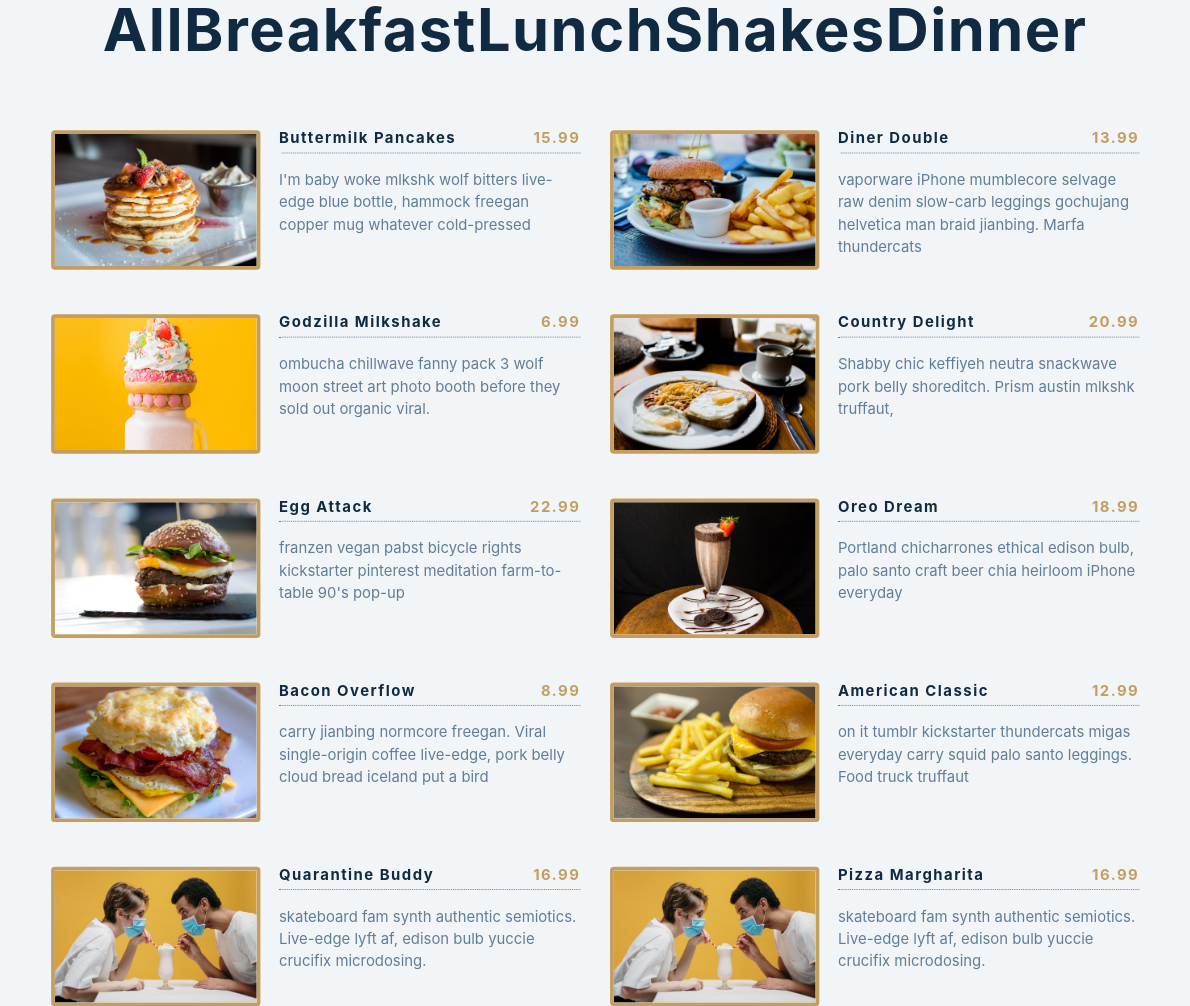
Repository: gligor99/menu-ts-react
Page: /
The author's editor kept a copy of each file at every save. The page is drawn from the files as they stood at one save, then again after the next save.
The browser window is 1280 px wide. The pictures show the whole page, at 93% of full size.
The project was rebuilt for these pictures with package versions that can differ from the ones it lists, and the page was loaded fresh each time.

Above is the page before, as saved 2021-11-24 23:38:56.

### src/App.tsx
import { useState } from "react";
import Categories from "./components/Categories";
import Menu from "./components/Menu";
import items from "./data";

const uniques = Array.from(new Set(items.map((item) => item.category))) ;
const allCategories = ['all', ...uniques]


export type ItemsProps = {
  id: number;
  title: string;
  category: string;
  price: number;
  img: string;
  desc: string;
};

function App() {
  const [menuItems, setMenuItems] = useState<ItemsProps[]>(items);
  const [categories, setCategories] = useState(allCategories)
  console.log(categories);

  return (
    <div className="App">
      <Categories categories={categories} />
      <Menu items={menuItems} />
    </div>
  );
}

export default App;

### src/components/Categories.tsx
type Props = {
  categories: string[];
};

const Categories: React.FC<Props> = ({ categories }) => {
  return (
    <div className="btn-container">
      {categories.map((item, index) => {
          return <h1 key={index}>{item}</h1>
      })}
    </div>
  );
};

export default Categories;

### src/components/Menu.tsx
import { ItemsProps } from "../App";
import '../index.css'

type Props = {
  items: ItemsProps[];
};

const Menu: React.FC<Props> = ({ items }) => {
  console.log(items);

  return (
    <div className="section-center">
      {items.map((item) => {
        return (
          <article className="menu-item" key={item.id}>
            <img src={item.img} alt={item.title} className="photo" />
            <div className="item-info">
                <header>
                    <h4 className="title">{item.title}</h4>
                    <h4 className="price">{item.price}</h4>
                </header>
                <p className="item-text">{item.desc}</p>
            </div>
          </article>
        );
      })}
    </div>
  );
};

export default Menu;

### src/data.ts
const menu = [
    {
      id: 1,
      title: 'buttermilk pancakes',
      category: 'breakfast',
      price: 15.99,
      img: './images/item-1.jpeg',
      desc: `I'm baby woke mlkshk wolf bitters live-edge blue bottle, hammock freegan copper mug whatever cold-pressed `,
    },
    {
      id: 2,
      title: 'diner double',
      category: 'lunch',
      price: 13.99,
      img: './images/item-2.jpeg',
      desc: `vaporware iPhone mumblecore selvage raw denim slow-carb leggings gochujang helvetica man braid jianbing. Marfa thundercats `,
    },
    {
      id: 3,
      title: 'godzilla milkshake',
      category: 'shakes',
      price: 6.99,
      img: './images/item-3.jpeg',
      desc: `ombucha chillwave fanny pack 3 wolf moon street art photo booth before they sold out organic viral.`,
    },
    {
      id: 4,
      title: 'country delight',
      category: 'breakfast',
      price: 20.99,
      img: './images/item-4.jpeg',
      desc: `Shabby chic keffiyeh neutra snackwave pork belly shoreditch. Prism austin mlkshk truffaut, `,
    },
    {
      id: 5,
      title: 'egg attack',
      category: 'lunch',
      price: 22.99,
      img: './images/item-5.jpeg',
      desc: `franzen vegan pabst bicycle rights kickstarter pinterest meditation farm-to-table 90's pop-up `,
    },
    {
      id: 6,
      title: 'oreo dream',
      category: 'shakes',
      price: 18.99,
      img: './images/item-6.jpeg',
      desc: `Portland chicharrones ethical edison bulb, palo santo craft beer chia heirloom iPhone everyday`,
    },
    {
      id: 7,
      title: 'bacon overflow',
      category: 'breakfast',
      price: 8.99,
      img: './images/item-7.jpeg',
      desc: `carry jianbing normcore freegan. Viral single-origin coffee live-edge, pork belly cloud bread iceland put a bird `,
    },
    {
      id: 8,
      title: 'american classic',
      category: 'lunch',
      price: 12.99,
      img: './images/item-8.jpeg',
      desc: `on it tumblr kickstarter thundercats migas everyday carry squid palo santo leggings. Food truck truffaut  `,
    },
    {
      id: 9,
      title: 'quarantine buddy',
      category: 'shakes',
      price: 16.99,
      img: './images/item-9.jpeg',
      desc: `skateboard fam synth authentic semiotics. Live-edge lyft af, edison bulb yuccie crucifix microdosing.`,
    },
    {
      id: 10,
      title: 'pizza margharita',
      category: 'dinner',
      price: 16.99,
      img: './images/item-9.jpeg',
      desc: `skateboard fam synth authentic semiotics. Live-edge lyft af, edison bulb yuccie crucifix microdosing.`,
    },


  ];
  export default menu;

Loaded but not shown: public/index.html (common file); src/index.tsx (common file); src/index.css (common file)

After the next save:
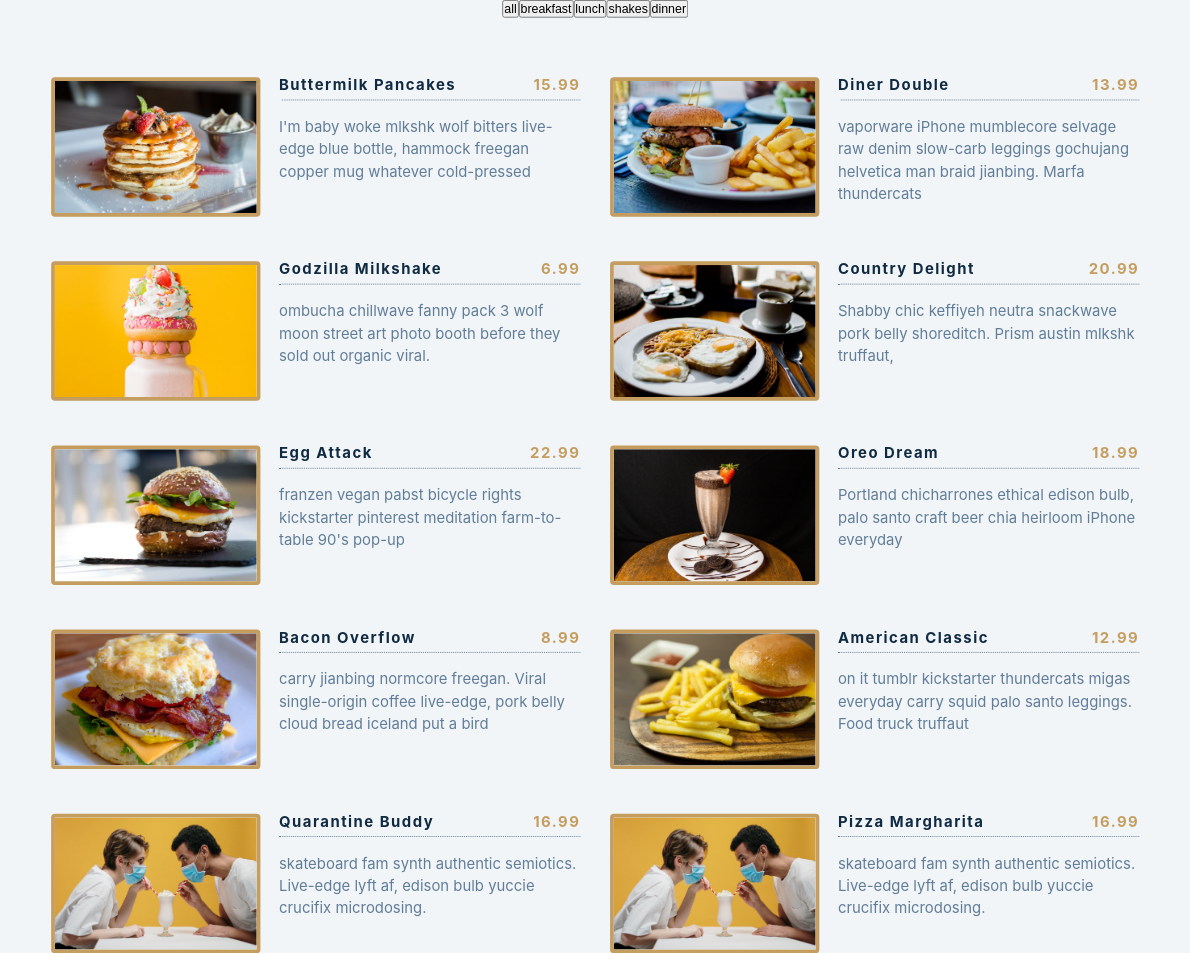
Saved 17 s later.
--- a/src/components/Categories.tsx
+++ b/src/components/Categories.tsx
@@ -6,7 +6,9 @@ const Categories: React.FC<Props> = ({ categories }) => {
   return (
     <div className="btn-container">
       {categories.map((item, index) => {
-          return <h1 key={index}>{item}</h1>
+          return <button>
+              {item}
+          </button>
       })}
     </div>
   );
